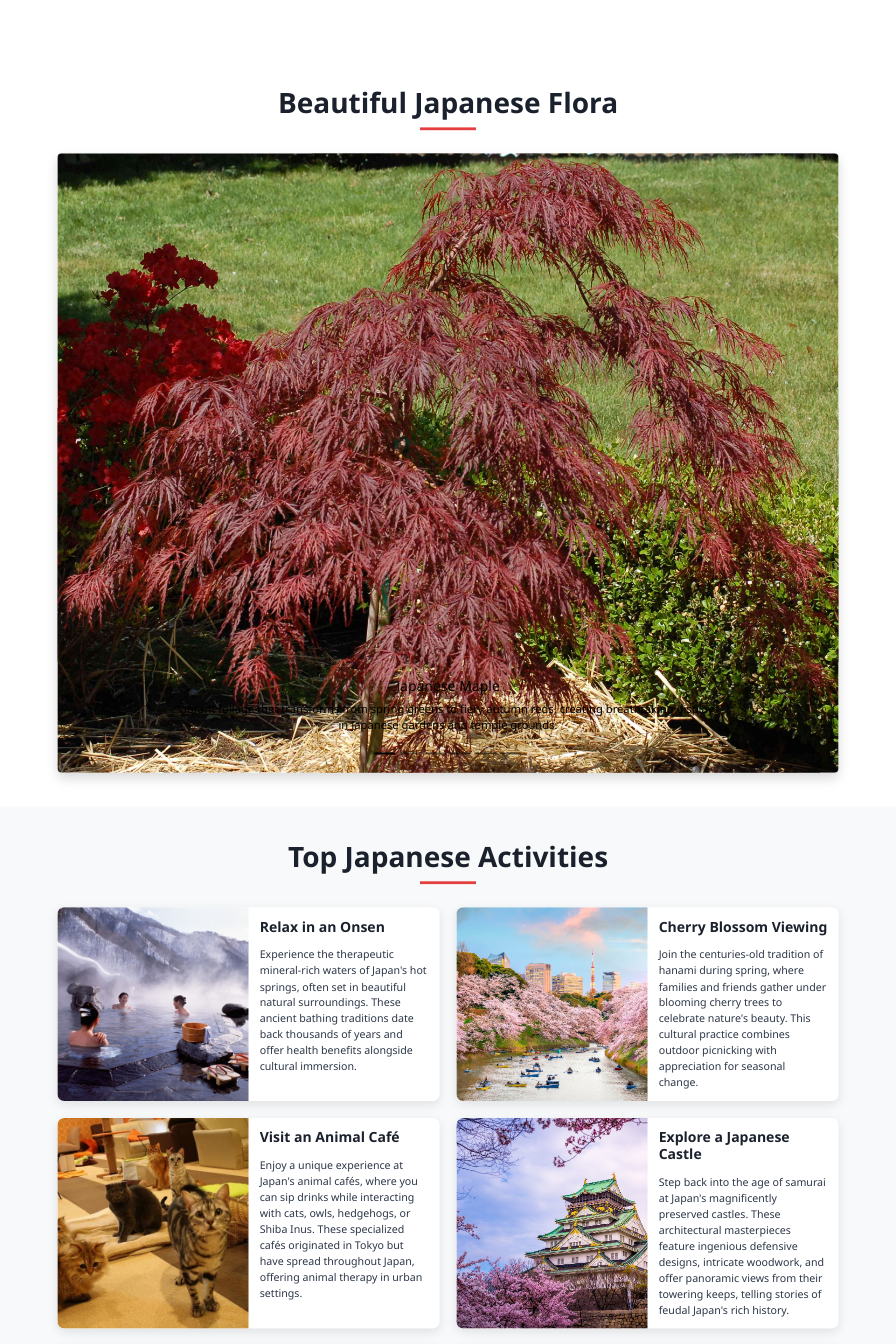
Repository: urielaracena/softwareDev
Page: project1/s.html
An editor plug-in stored every save of this project. The page is shown before and after the next save, followed by the edit.
The browser window is 1280 px wide. The pictures show the part of the page from y = 0 to 1920 px (the page is 3754 px tall before and 3788 px after), at 70% of full size.

Above is the page before, as saved 2025-04-20 01:52:19.

### project1/s.html
<!DOCTYPE html>
<html lang="en">
<head>
    <meta charset="utf-8">
    <meta name="viewport" content="width=device-width, initial-scale=1">
    <title>Discover Japan</title>
    <link href="https://cdn.jsdelivr.net/npm/bootstrap@5.3.5/dist/css/bootstrap.min.css" rel="stylesheet" integrity="sha384-SgOJa3DmI69IUzQ2PVdRZhwQ+dy64/BUtbMJw1MZ8t5HZApcHrRKUc4W0kG879m7" crossorigin="anonymous">
    <link rel="stylesheet" href="project1style.css">

</head>
<body>


    <!-- Nature Section -->
<section id="nature" class="container py-5">
    <h2 class="section-title text-center mb-5">Beautiful Japanese Flora</h2>


    <div id="japaneseFloraCarousel" class="carousel carousel-dark slide" data-bs-ride="carousel">
        <div class="carousel-indicators">
            <button type="button" data-bs-target="#japaneseFloraCarousel" data-bs-slide-to="0" class="active" aria-current="true" aria-label="Slide 1"></button>
            <button type="button" data-bs-target="#japaneseFloraCarousel" data-bs-slide-to="1" aria-label="Slide 2"></button>
            <button type="button" data-bs-target="#japaneseFloraCarousel" data-bs-slide-to="2" aria-label="Slide 3"></button>
            <button type="button" data-bs-target="#japaneseFloraCarousel" data-bs-slide-to="3" aria-label="Slide 4"></button>
            <button type="button" data-bs-target="#japaneseFloraCarousel" data-bs-slide-to="4" aria-label="Slide 5"></button>
            <button type="button" data-bs-target="#japaneseFloraCarousel" data-bs-slide-to="5" aria-label="Slide 6"></button>
        </div>
        <div class="carousel-inner rounded shadow">
            <div class="carousel-item active" data-bs-interval="10000">
                <img src="images/japanese-maple.jpg" class="d-block w-100" alt="Japanese Maple">
                <div class="carousel-caption d-none d-md-block">
                    <h5>Japanese Maple</h5>
                    <p>Vibrant foliage that transforms from spring greens to fiery autumn reds, creating breathtaking displays in Japanese gardens and temple grounds.</p>
                </div>
            </div>
            <div class="carousel-item" data-bs-interval="2000">
                <img src="images/japanese-sakura.jpg" class="d-block w-100" alt="Sakura">
                <div class="carousel-caption d-none d-md-block">
                    <h5>Sakura (Cherry Blossom)</h5>
                    <p>Delicate blossoms creating clouds of white and pink in spring, symbolizing both the beauty and transience of life in Japanese culture.</p>
                </div>
            </div>
            <div class="carousel-item">
                <img src="images/japanese-peony.jpg" class="d-block w-100" alt="Peony">
                <div class="carousel-caption d-none d-md-block">
                    <h5>Japanese Peony</h5>
                    <p>Massive blooms with ruffled petals in vivid, dramatic colors representing nobility, honor, and wealth in traditional Japanese symbolism.</p>
                </div>
            </div>
            <div class="carousel-item">
                <img src="images/japanese-iris.jpeg" class="d-block w-100" alt="Iris">
                <div class="carousel-caption d-none d-md-block">
                    <h5>Japanese Iris</h5>
                    <p>Elegant flowers with bold color patterns and sword-like leaves, often depicted in traditional art and featured in specialized iris gardens throughout Japan.</p>
                </div>
            </div>
            <div class="carousel-item">
                <img src="images/japanese-nandina.jpg" class="d-block w-100" alt="Nandina">
                <div class="carousel-caption d-none d-md-block">
                    <h5>Nandina</h5>
                    <p>Color-changing foliage and bright red winter berries, known as "sacred bamboo" and traditionally planted near temple entrances for good fortune.</p>
                </div>
            </div>
            <div class="carousel-item">
                <img src="images/japanese-camellia.jpg" class="d-block w-100" alt="Camellia">
                <div class="carousel-caption d-none d-md-block">
                    <h5>Japanese Camellia</h5>
                    <p>Winter-blooming flowers in white, pink, and red, prized for their perfect symmetry and ability to bloom during the coldest months when other gardens lie dormant.</p>
                </div>
            </div>
        </div>
        <button class="carousel-control-prev" type="button" data-bs-target="#japaneseFloraCarousel" data-bs-slide="prev">
            <span class="carousel-control-prev-icon" aria-hidden="true"></span>
            <span class="visually-hidden">Previous</span>
        </button>
        <button class="carousel-control-next" type="button" data-bs-target="#japaneseFloraCarousel" data-bs-slide="next">
            <span class="carousel-control-next-icon" aria-hidden="true"></span>
            <span class="visually-hidden">Next</span>
        </button>
    </div>
</section>


    <!-- Activities Section -->
    <section id="activities" class="category-section py-5">
        <div class="container">
            <h2 class="section-title mb-5">Top Japanese Activities</h2>
            <div class="row g-4">
                <div class="col-lg-6">
                    <div class="card h-100">
                        <div class="row g-0 h-100">
                            <div class="col-md-6">
                                <img src="images/onsen.jpg" alt="Traditional Japanese outdoor hot spring bath" class="img-fluid h-100 w-100 object-fit-cover">
                            </div>
                            <div class="col-md-6 d-flex flex-column">
                                <div class="card-body">
                                    <h5 class="card-title">Relax in an Onsen</h5>
                                    <p class="card-text">Experience the therapeutic mineral-rich waters of Japan's hot springs, often set in beautiful natural surroundings. These ancient bathing traditions date back thousands of years and offer health benefits alongside cultural immersion.</p>
                                </div>
                            </div>
                        </div>
                    </div>
                </div>
                <div class="col-lg-6">
                    <div class="card h-100">
                        <div class="row g-0 h-100">
                            <div class="col-md-6">
                                <img src="images/cherry-blossom-view.jpg" alt="Cherry blossom viewing picnic" class="img-fluid h-100 w-100 object-fit-cover">
                            </div>
                            <div class="col-md-6 d-flex flex-column">
                                <div class="card-body">
                                    <h5 class="card-title">Cherry Blossom Viewing</h5>
                                    <p class="card-text">Join the centuries-old tradition of hanami during spring, where families and friends gather under blooming cherry trees to celebrate nature's beauty. This cultural practice combines outdoor picnicking with appreciation for seasonal change.</p>
                                </div>
                            </div>
                        </div>
                    </div>
                </div>
                <div class="col-lg-6">
                    <div class="card h-100">
                        <div class="row g-0 h-100">
                            <div class="col-md-6">
                                <img src="images/animal-cafe.jpg" alt="Shiba Inu at a Japanese animal cafe" class="img-fluid h-100 w-100 object-fit-cover">
                            </div>
                            <div class="col-md-6 d-flex flex-column">
                                <div class="card-body">
                                    <h5 class="card-title">Visit an Animal Café</h5>
                                    <p class="card-text">Enjoy a unique experience at Japan's animal cafés, where you can sip drinks while interacting with cats, owls, hedgehogs, or Shiba Inus. These specialized cafés originated in Tokyo but have spread throughout Japan, offering animal therapy in urban settings.</p>
                                </div>
                            </div>
                        </div>
                    </div>
                </div>
                <div class="col-lg-6">
                    <div class="card h-100">
                        <div class="row g-0 h-100">
                            <div class="col-md-6">
                                <img src="images/japanese-castle.jpg" alt="Scenic view of Himeji Castle" class="img-fluid h-100 w-100 object-fit-cover">
                            </div>
                            <div class="col-md-6 d-flex flex-column">
                                <div class="card-body">
                                    <h5 class="card-title">Explore a Japanese Castle</h5>
                                    <p class="card-text">Step back into the age of samurai at Japan's magnificently preserved castles. These architectural masterpieces feature ingenious defensive designs, intricate woodwork, and offer panoramic views from their towering keeps, telling stories of feudal Japan's rich history.</p>
                                </div>
                            </div>
                        </div>
                    </div>
                </div>
                <div class="col-lg-6">
                    <div class="card h-100">
                        <div class="row g-0 h-100">
                            <div class="col-md-6">
                                <img src="images/tea-ceremony.jpg" alt="Traditional Japanese tea ceremony" class="img-fluid h-100 w-100 object-fit-cover">
                            </div>
                            <div class="col-md-6 d-flex flex-column">
                                <div class="card-body">
                                    <h5 class="card-title">Experience a Tea Ceremony</h5>
                                    <p class="card-text">Participate in this centuries-old ritual that embodies harmony, respect, purity, and tranquility. Each precise movement in preparing matcha (powdered green tea) represents a philosophical aspect of Zen Buddhism, creating an immersive cultural meditation experience.</p>
                                </div>
                            </div>
                        </div>
                    </div>
                </div>
                <div class="col-lg-6">
                    <div class="card h-100">
                        <div class="row g-0 h-100">
                            <div class="col-md-6">
                                <img src="images/japanese-shrine.jpg" alt="Japanese shrine with torii gate" class="img-fluid h-100 w-100 object-fit-cover">
                            </div>
                            <div class="col-md-6 d-flex flex-column">
                                <div class="card-body">
                                    <h5 class="card-title">Explore Temples & Shrines</h5>
                                    <p class="card-text">Discover Japan's spiritual heritage at its beautiful temples and shrines. These sacred spaces blend harmoniously with nature, ranging from grand complexes like Kyoto's Kiyomizu-dera to hidden forest sanctuaries, offering insights into both Shinto and Buddhist traditions.</p>
                                </div>
                            </div>
                        </div>
                    </div>
                </div>
            </div>
        </div>
    </section>

    <!-- Gallery Section -->
<section id="gallery" class="py-5">
    <div class="container">
        <h2 class="section-title">Explore Japan's Beauty</h2>
        <p class="lead text-center mb-4">Get inspired by Japan's most breathtaking destinations for your next adventure</p>

        <!-- Gallery Images -->
        <div class="row g-4 mb-4">
            <div class="col-6 col-md-4 col-lg-3">
                <div class="gallery-preview">
                    <img src="images/traditional-street.jpg" alt="Traditional Kyoto street" class="img-fluid rounded">
                    <div class="preview-overlay">
                        <span>Kyoto Streets</span>
                    </div>
                </div>
                <p class="small mt-2">Wander through Kyoto's historic Gion district where traditional architecture and culture still thrive</p>
            </div>
            <div class="col-6 col-md-4 col-lg-3">
                <div class="gallery-preview">
                    <img src="images/osaka-castle.jpeg" alt="Osaka Castle" class="img-fluid rounded">
                    <div class="preview-overlay">
                        <span>Osaka Castle</span>
                    </div>
                </div>
                <p class="small mt-2">Visit the magnificent Osaka Castle, a stunning example of Japanese castle architecture and history</p>
            </div>
            <div class="col-6 col-md-4 col-lg-3">
                <div class="gallery-preview">
                    <img src="images/bambo-grove.jpeg" alt="Bamboo Grove" class="img-fluid rounded">
                    <div class="preview-overlay">
                        <span>Bamboo Grove</span>
                    </div>
                </div>
                <p class="small mt-2">Walk through the enchanting bamboo forest in Arashiyama, one of Kyoto's most photographed natural attractions</p>
            </div>
            <div class="col-6 col-md-4 col-lg-3">
                <div class="gallery-preview">
                    <img src="images/kyoto-temple.jpg" alt="Kyoto Temple" class="img-fluid rounded">
                    <div class="preview-overlay">
                        <span>Kyoto Temple</span>
                    </div>
                </div>
                <p class="small mt-2">Discover tranquility at Kyoto's ancient temples where spirituality meets stunning architecture</p>
            </div>
            <div class="col-6 col-md-4 col-lg-3">
                <div class="gallery-preview">
                    <img src="images/tokyo-skyline.jpg" alt="Tokyo Skyline" class="img-fluid rounded">
                    <div class="preview-overlay">
                        <span>Tokyo Skyline</span>
                    </div>
                </div>
                <p class="small mt-2">Marvel at Tokyo's futuristic skyline, where tradition meets innovation in Japan's vibrant capital</p>
            </div>
            <div class="col-6 col-md-4 col-lg-3">
                <div class="gallery-preview">
                    <img src="images/mount-fuji.jpg" alt="Mount Fuji" class="img-fluid rounded">
                    <div class="preview-overlay">
                        <span>Mount Fuji</span>
                    </div>
                </div>
                <p class="small mt-2">Witness the majestic Mount Fuji, Japan's highest peak and one of its most recognizable natural symbols</p>
            </div>
        </div>

        <!-- Popular Destinations -->
        <div class="row mt-5">
            <div class="col-12 text-center mb-4">
                <h3>Popular Tourist Destinations</h3>
                <p>Our most-recommended places to visit during your trip to Japan</p>
            </div>

            <div class="col-md-4 mb-4">
                <div class="category-card text-center p-3 rounded">
                    <div class="destination-icon mb-3">🏙️</div>
                    <h5>Tokyo & Surroundings</h5>
                    <p>Modern attractions, shopping districts, and day trips to nearby Kamakura and Nikko</p>
                    <a href="#" class="btn btn-sm btn-outline-danger mt-2">Explore Tokyo Guide</a>
                </div>
            </div>

            <div class="col-md-4 mb-4">
                <div class="category-card text-center p-3 rounded">
                    <div class="destination-icon mb-3">⛩️</div>
                    <h5>Kyoto & Cultural Triangle</h5>
                    <p>Traditional Japan with temples, shrines, and cultural experiences in Kyoto, Nara and Osaka</p>
                    <a href="#" class="btn btn-sm btn-outline-danger mt-2">Explore Kyoto Guide</a>
                </div>
            </div>

            <div class="col-md-4 mb-4">
                <div class="category-card text-center p-3 rounded">
                    <div class="destination-icon mb-3">🗻</div>
                    <h5>Nature & Adventure</h5>
                    <p>Breathtaking landscapes from Mount Fuji to the Japanese Alps and tropical Okinawa</p>
                    <a href="#" class="btn btn-sm btn-outline-danger mt-2">Explore Nature Guide</a>
                </div>
            </div>
        </div>

        <div class="row mt-3">
            <div class="col-12 text-center">
                <a href="#home" class="btn btn-outline-primary">Return to Home</a>
            </div>
        </div>
    </div>
</section>

    <!-- Footer -->
    <footer class="bg-dark text-white py-4">
        <div class="container">
            <div class="row">
                <div class="col-md-6">
                    <h5>Discover Japan</h5>
                    <p>Experience the perfect harmony of ancient traditions and modern innovations.</p>
                </div>
                <div class="col-md-6 text-md-end">
                    <p>© 2025 Japan Tourism. All rights reserved.</p>
                </div>
            </div>
        </div>
    </footer>

    <!-- Bootstrap JS Bundle with Popper -->
    <script src="https://cdn.jsdelivr.net/npm/bootstrap@5.3.5/dist/js/bootstrap.bundle.min.js" integrity="sha384-XrPpZKi4zH+ZQDb5iJX44D4k9Z+oB4FyoF8RLr4ZgSh4Ckxnp8L2PjR0gxTIcQdX" crossorigin="anonymous"></script>
    </body>
    </html>

Loaded but not shown: project1/project1style.css (416 lines, source omitted)

After the next save:
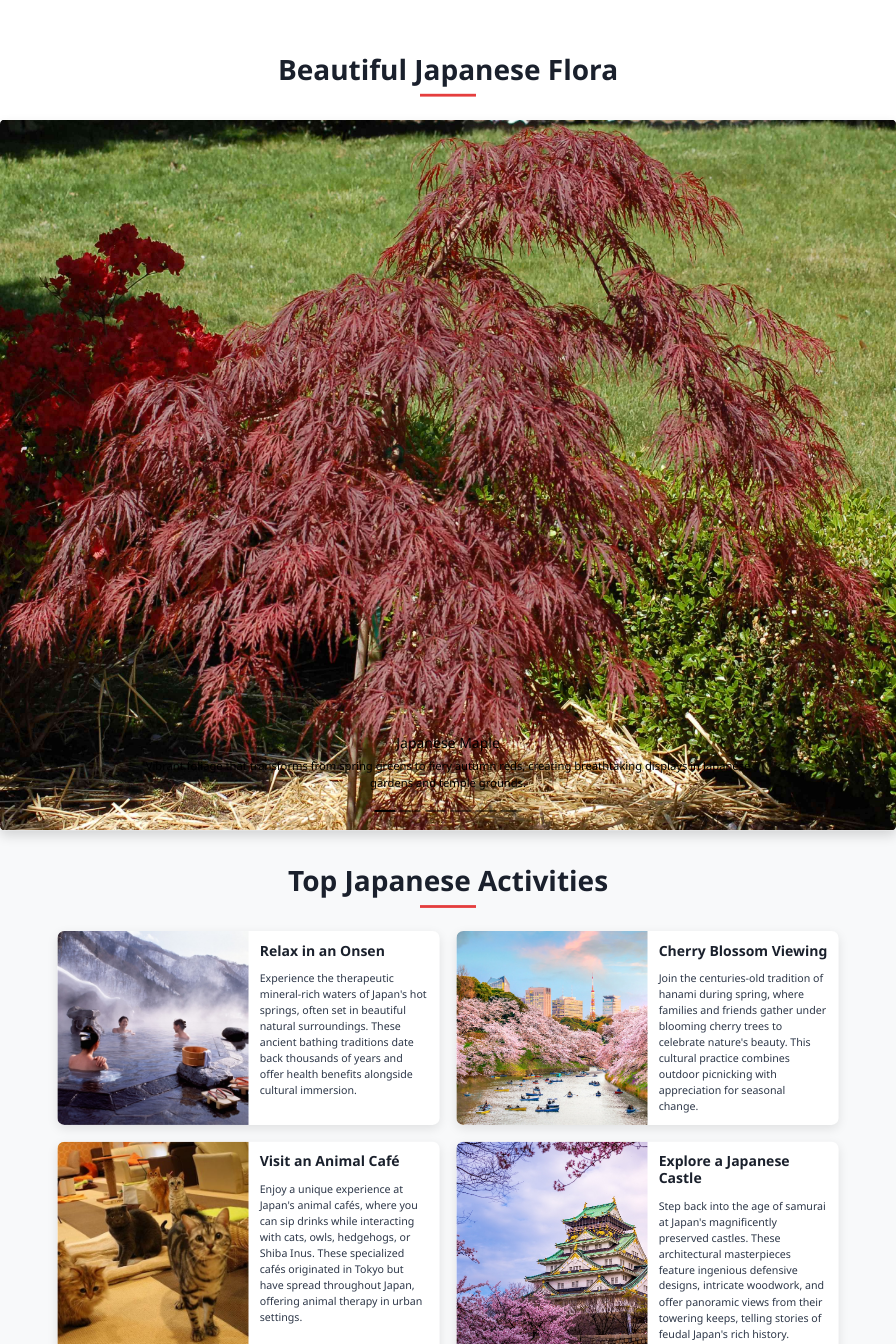
Saved 35 s later.
--- a/project1/s.html
+++ b/project1/s.html
@@ -12,7 +12,7 @@
 
 
     <!-- Nature Section -->
-<section id="nature" class="container py-5">
+
     <h2 class="section-title text-center mb-5">Beautiful Japanese Flora</h2>
 
 
@@ -78,7 +78,6 @@
             <span class="visually-hidden">Next</span>
         </button>
     </div>
-</section>
 
 
     <!-- Activities Section -->
